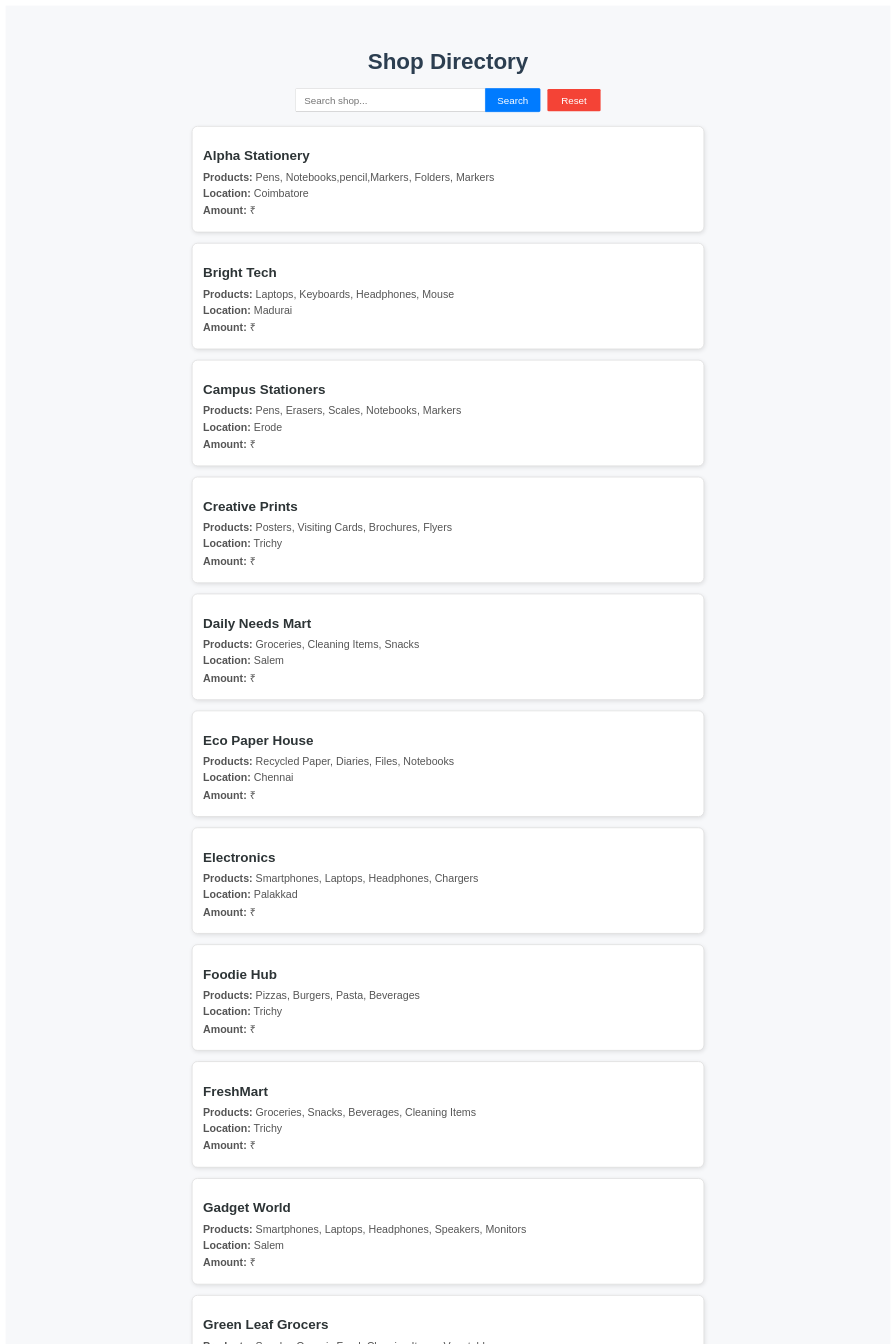
Repository: Pavithra-09git/CarSort
Page: /
An editor plug-in stored every save of this project. The page is shown before and after the next save, followed by the edit.
The browser window is 1280 px wide. The pictures show the part of the page from y = 0 to 1920 px (the page is 5221 px tall before and 720 px after), at 70% of full size.
The project was rebuilt for these pictures with package versions that can differ from the ones it lists, and the page was loaded fresh each time. Also part of the build but not shown: vite.config.js.

Above is the page before, as saved 2025-10-26 12:55:08.

After the next save:
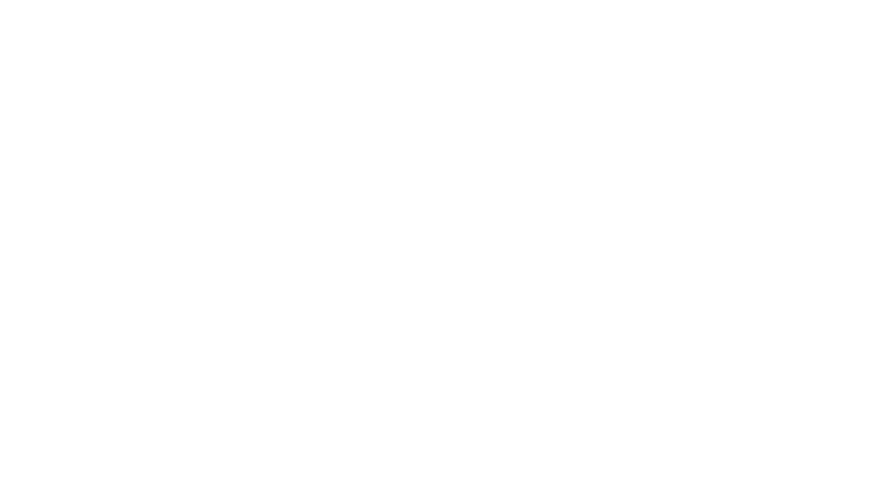
Console error (its wording comes from the project's code and is left out).
Saved 7 min 32 s later.
--- a/src/data.js
+++ b/src/data.js
@@ -1,32 +1,43 @@
 export const shops = [
-  { id: 1, name:"Alpha Stationery", products: "Pens, Notebooks,pencil,Markers, Folders, Markers", location: "Coimbatore" },
-  { id: 2, name:"Eco Paper House", products: "Recycled Paper, Diaries, Files, Notebooks", location: "Chennai" },
-  { id: 3, name:"Campus Stationers", products: "Pens, Erasers, Scales, Notebooks, Markers", location: "Erode" },
-  { id: 4, name:"Paper World", products: "Files, Diaries, Folders, A4 Sheets, Notebooks", location: "Chennai" },
-  { id: 5, name:"Office Essentials", products: "Pens, Files, Notebooks, Diaries, Staplers", location: "Madurai" },
-  { id: 6, name:"Stationery Hub", products: "Pens, Notebooks, Pencils, Markers", location: "Palakkad" },
-  { id: 7, name:"Notebook Planet", products: "Notebooks, Diaries,pencil Folders, Pens", location: "Palakkad" },
-  { id: 8, name:"Bright Tech", products: "Laptops, Keyboards, Headphones, Mouse", location: "Madurai" },
-  { id: 9, name: "Smart Gadgets Hub", products: "Smartphones, Chargers, Speakers, Headphones", location: "Coimbatore" },
-  { id: 10, name:"Techno Zone", products: "Laptops, Mouse, Monitors, Chargers, Keyboards", location: "Trichy" },
-  { id: 11, name:"Gadget World", products: "Smartphones, Laptops, Headphones, Speakers, Monitors", location: "Salem" },
-  { id: 12, name: "Electronics", products: "Smartphones, Laptops, Headphones, Chargers", location: "Palakkad" },
-  { id: 13, name:"Daily Needs Mart", products: "Groceries, Cleaning Items, Snacks", location: "Salem" },
-  { id: 14, name:"Green Leaf Grocers", products: "Snacks, Organic Food, Cleaning Items, Vegetables", location: "Coimbatore" },
-  { id: 15, name:"Home Essentials", products: "Cleaning Items, Groceries, Snacks, Toiletries", location: "Salem" },
-  { id: 16, name:"QuickMart", products: "Groceries, Beverages, Snacks, Household Items", location: "Chennai" },
-  { id: 17, name:"Grocery Hub", products: "Snacks, Beverages, Cleaning Items, Fresh Vegetables", location: "Palakkad" },
-  { id: 18, name:"FreshMart", products: "Groceries, Snacks, Beverages, Cleaning Items", location: "Trichy" },
-  { id: 19, name:"Tasty Treats", products: "Burgers, Pizzas, Sandwiches, Beverages", location: "Chennai" },
-  { id: 20, name:"Healthy Bites", products: "Salads, Smoothies, Sandwiches, Juices", location: "Coimbatore" },
-  { id: 21, name:"Foodie Hub", products: "Pizzas, Burgers, Pasta, Beverages", location: "Trichy" },
-  { id: 22, name: "Snacks Corner", products: "Snacks, Beverages, Burgers, Sandwiches", location: "Palakkad" },
-  { id: 23, name: "Snack Attack", products: "Burgers, Sandwiches, Fries, Beverages", location: "Madurai" },
-  { id: 24, name: "Knowledge Academy", products: "Books, Stationery, Educational Kits", location: "Madurai" },
-  { id: 25, name: "Smart Learning Center", products: "Books, Worksheets, Study Materials, Learning Kits", location: "Coimbatore" },
-  { id: 26, name: "Learning Hub", products: "Books, Notebooks, Educational Games, Worksheets", location: "Palakkad" },
-  { id: 27, name: "Study Smart", products: "Books, Worksheets, Notebooks, Study Kits", location: "Trichy" },
-  { id: 28, name: "Creative Prints", products: "Posters, Visiting Cards, Brochures, Flyers", location: "Trichy" },
-  { id: 29, name: "PrintCraft Studio", products: "Brochures, Business Cards, Posters, Flyers, Banners", location: "Coimbatore" },
-  { id: 30, name: "Print Hub", products: "Business Cards, Brochures, Posters, Flyers", location: "Palakkad" }
+  {
+    id: 1,
+    name: "Alpha Stationery",
+    location: "Coimbatore",
+    products: [
+      { name: "Pens", storePaidAmount: 12, normalRate: 15 },
+      { name: "Notebooks", storePaidAmount: 50, normalRate: 60 },
+      { name: "Pencil", storePaidAmount: 5, normalRate: 10 },
+      { name: "Markers", storePaidAmount: 20, normalRate: 25 },
+    ],
+  },
+  {
+    id: 2,
+    name: "Eco Paper House",
+    location: "Chennai",
+    products: [
+      { name: "Notebooks", storePaidAmount: 55, normalRate: 65 },
+      { name: "Files", storePaidAmount: 35, normalRate: 40 },
+      { name: "Diaries", storePaidAmount: 40, normalRate: 50 },
+    ],
+  },
+  {
+    id: 3,
+    name: "Campus Stationers",
+    location: "Erode",
+    products: [
+      { name: "Pens", storePaidAmount: 15, normalRate: 18 },
+      { name: "Notebooks", storePaidAmount: 60, normalRate: 70 },
+      { name: "Markers", storePaidAmount: 25, normalRate: 30 },
+    ],
+  },
+  {
+    id: 4,
+    name: "Paper World",
+    location: "Chennai",
+    products: [
+      { name: "Files", storePaidAmount: 38, normalRate: 45 },
+      { name: "Notebooks", storePaidAmount: 58, normalRate: 65 },
+      { name: "Diaries", storePaidAmount: 45, normalRate: 50 },
+    ],
+  },
 ];

After the save that followed:
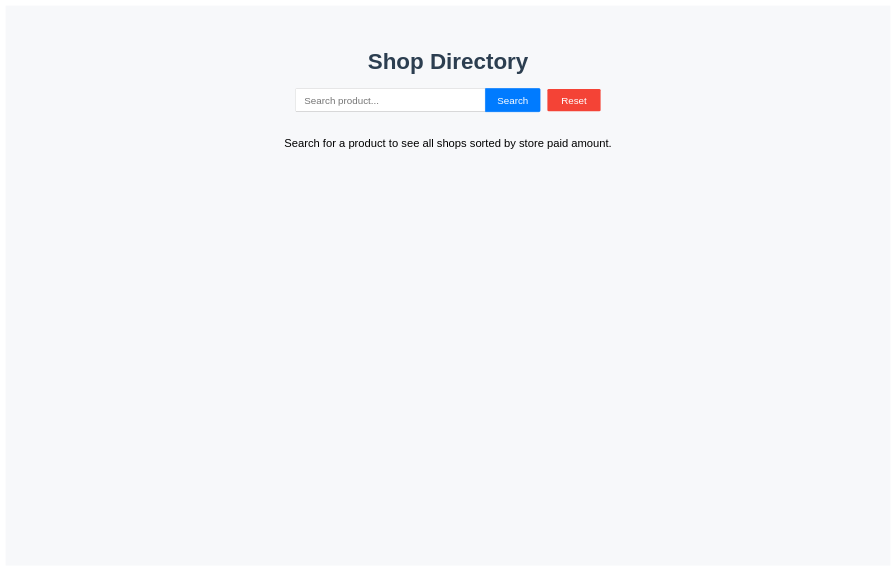
The error is gone.
Saved 13 s later.
--- a/src/App.jsx
+++ b/src/App.jsx
@@ -4,38 +4,36 @@ import "./App.css";
 
 function App() {
   const [search, setSearch] = useState("");
-  const [filteredShops, setFilteredShops] = useState(null);
-
-  const sortedShops = [...shops].sort((a, b) =>
-    a.name.trim().toLowerCase().localeCompare(b.name.trim().toLowerCase())
-  );
+  const [results, setResults] = useState([]);
 
   const handleSearch = (e) => {
-    e.preventDefault(); // prevent page reload
+    e.preventDefault();
     if (!search.trim()) {
-      setFilteredShops(null);
+      setResults([]);
       return;
     }
 
-    const result = sortedShops
-      .filter(
-        (shop) =>
-          shop.name.toLowerCase().includes(search.toLowerCase().trim()) ||
-          shop.products.toLowerCase().includes(search.toLowerCase().trim())
-      )
-      .sort((a, b) =>
-        a.name.trim().toLowerCase().localeCompare(b.name.trim().toLowerCase())
-      );
+    // Filter shops that have the searched product
+    const filtered = shops
+      .map((shop) => {
+        const product = shop.products.find(
+          (p) => p.name.toLowerCase() === search.toLowerCase().trim()
+        );
+        if (product) {
+          return { ...shop, product };
+        }
+        return null;
+      })
+      .filter(Boolean)
+      .sort((a, b) => b.product.storePaidAmount - a.product.storePaidAmount); // highest store paid first
 
-    setFilteredShops(result);
+    setResults(filtered);
   };
 
   const handleReset = () => {
     setSearch("");
-    setFilteredShops(null);
+    setResults([]);
   };
-
-  const displayShops = filteredShops || sortedShops;
 
   return (
     <div className="container">
@@ -45,7 +43,7 @@ function App() {
         <div className="youtube-search-box">
           <input
             type="text"
-            placeholder="Search shop..."
+            placeholder="Search product..."
             value={search}
             onChange={(e) => setSearch(e.target.value)}
             className="search-input"
@@ -58,14 +56,19 @@ function App() {
       </form>
 
       <div className="card-column">
-        {displayShops.map((shop) => (
-          <div className="card" key={shop.id}>
-            <h2>{shop.name}</h2>
-            <p><strong>Products:</strong> {shop.products}</p>
-            <p><strong>Location:</strong> {shop.location}</p>
-            <p><strong>Amount:</strong> ₹{shop.amount}</p>
-          </div>
-        ))}
+        {results.length > 0 ? (
+          results.map((shop) => (
+            <div className="card" key={shop.id}>
+              <h2>{shop.name}</h2>
+              <p><strong>Location:</strong> {shop.location}</p>
+              <p><strong>Product:</strong> {shop.product.name}</p>
+              <p><strong>Store Paid Amount:</strong> ₹{shop.product.storePaidAmount}</p>
+              <p><strong>Normal Rate:</strong> ₹{shop.product.normalRate}</p>
+            </div>
+          ))
+        ) : (
+          <p>Search for a product to see all shops sorted by store paid amount.</p>
+        )}
       </div>
     </div>
   );
